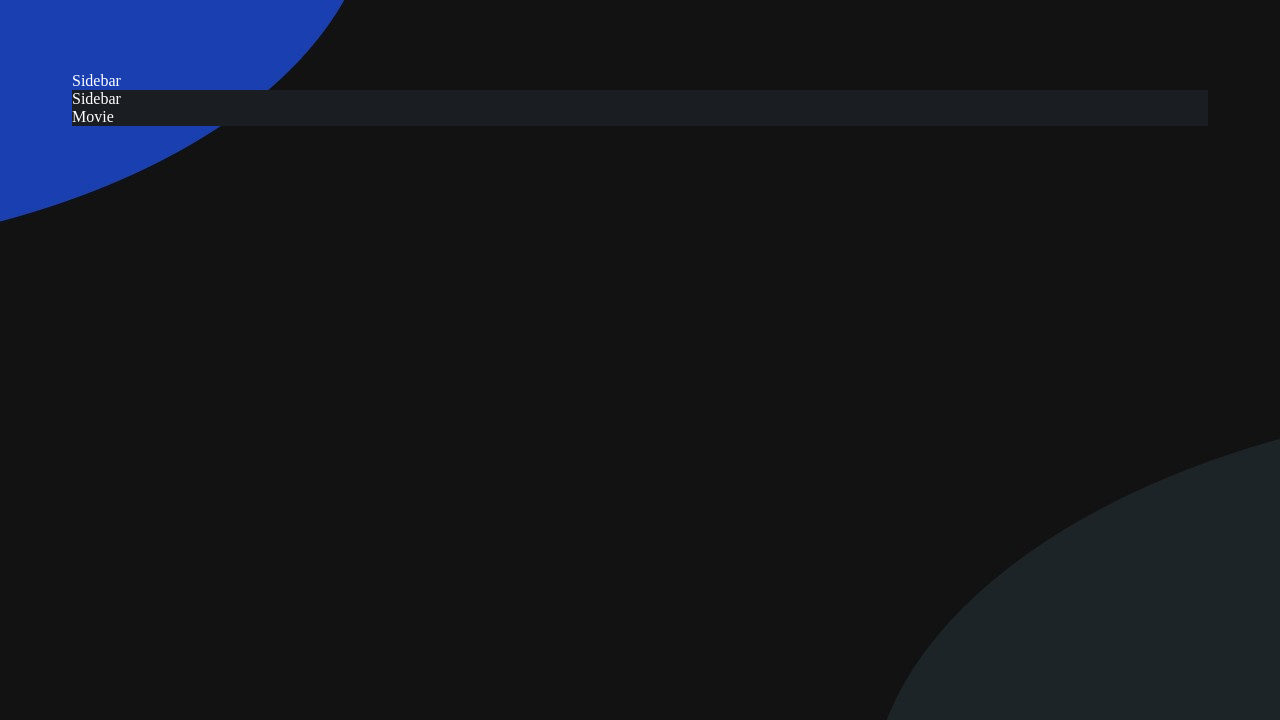
Repository: DevLaukey/movie-task
Page: /
An editor plug-in stored every save of this project. The page is shown before and after the next save, followed by the edit.
The browser window is 1280 px wide. The pictures show the whole page.
The project was rebuilt for these pictures with package versions that can differ from the ones it lists, and the page was loaded fresh each time. Also part of the build but not shown: src/components/Sidebar/Sidebar.css, src/components/Body/Movies.css.

Above is the page before, as saved 2022-06-15 12:55:24.

After the next save:
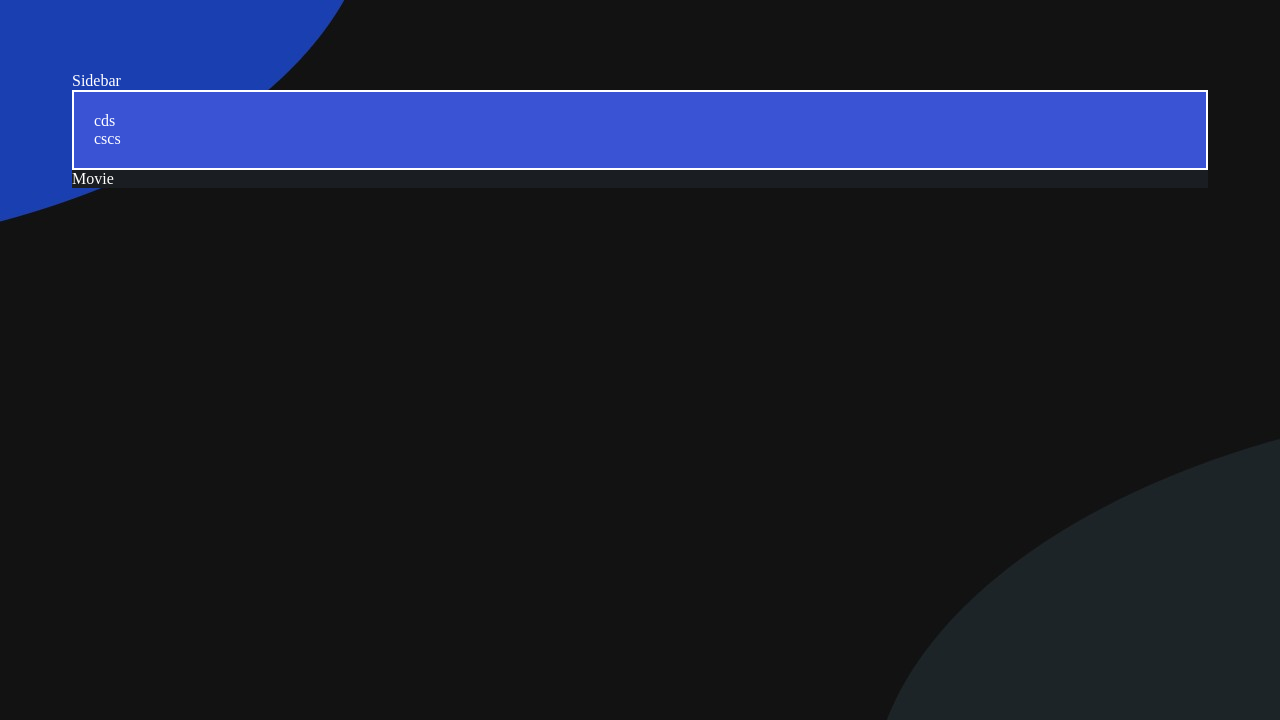
Saved 65 s later.
--- a/src/components/Body/Body.js
+++ b/src/components/Body/Body.js
@@ -1,11 +1,11 @@
 import React from 'react'
 import "./Body.css"
-import Sidebar from './Sidebar'
 import Movies from './Movies'
+import Nav from './Nav/Nav'
 function Body() {
   return (
-      <div className="body">
-          <Sidebar />
+    <div className="body">
+      <Nav />
           <Movies />
       </div>
   )
